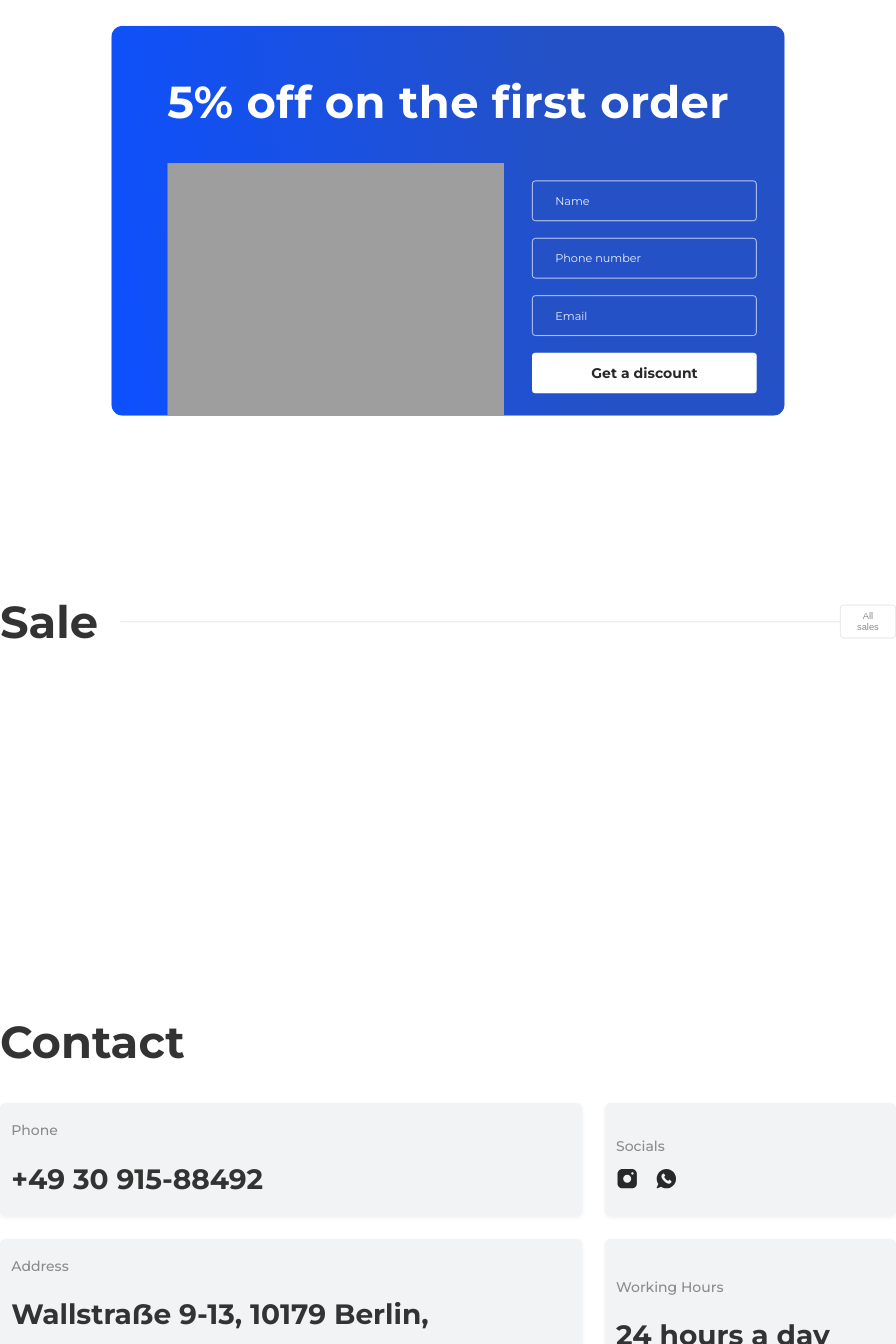
Repository: jursylian/PET-INTERNET-SHOP-PROJECT
Page: /
The author's editor kept a copy of each file at every save. The page is drawn from the files as they stood at one save, then again after the next save.
The browser window is 1280 px wide. The pictures show the part of the page from y = 1497 to 3417 px (the page is 3881 px tall before and 3873 px after), at 70% of full size.
Pictures or frames that could not be fetched are drawn as grey boxes. The page's requests for data from a server got no answer. The project was rebuilt for these pictures with package versions that can differ from the ones it lists, and the page was loaded fresh each time. No one was signed in, and anything a server would have sent is missing. Also part of the build but not shown: vite.config.js, src/pages/CategoriesAll/CategoriesAll.module.css, src/layouts/PageSection/PageSection.module.css, src/layouts/PageSection/PageSection.jsx, src/pages/CategoriesAll/CategoriesAll.jsx, src/redux/productsSelectors.js, src/components/ProductFilter/ProductFilter.module.css, src/components/ProductFilter/ProductFilter.jsx and 22 more.

Above is the page before, as saved 2025-11-06 18:22:26.

### index.html
<!DOCTYPE html>
<html lang="en">
  <head>
    <meta charset="UTF-8" />
    <link rel="icon" type="image/svg+xml" href="/vite.svg" />
    <link
      href="https://fonts.googleapis.com/css2?family=Montserrat:wght@400;500;700&display=swap"
      rel="stylesheet"
    />

    <meta name="viewport" content="width=device-width, initial-scale=1.0" />
    <title>pet-internet-shop-project</title>
  </head>
  <body>
    <div id="root"></div>
    <script type="module" src="/src/main.jsx"></script>
  </body>
</html>

### src/main.jsx
import React from "react";
import ReactDOM from "react-dom/client";
import App from "./App";
import { Provider } from "react-redux";
import store from "./redux/store";
import { BrowserRouter } from "react-router-dom";
import "./index.css";

ReactDOM.createRoot(document.getElementById("root")).render(
  <BrowserRouter>
    <Provider store={store}>
      <App />
    </Provider>
  </BrowserRouter>
);

### src/App.jsx
import "./App.css";
import AppRouter from "./router/AppRouter";

function App() {
  return (
    <>
      <AppRouter />
    </>
  );
}

export default App;

### src/index.css
* {
  margin: 0;
  padding: 0;
  box-sizing: border-box;
}

body {
  font-family: "Montserrat";
  font-size: 16px;
  line-height: 1.5;
  color: #333;
}

.text-decoration-none {
  text-decoration: none;
}

### src/router/AppRouter.jsx
import { Routes, Route } from "react-router-dom";
import MainLayout from "../layouts/MainLayout/MainLayout";

import Home from "../pages/Home/Home";
import CategoriesAll from "../pages/CategoriesAll/CategoriesAll";
import AllProducts from "../pages/AllProducts/AllProducts";
import ProductDescription from "../pages/ProductDescription/ProductDescription";
import Cart from "../pages/Cart/Cart";
import NotFound from "../pages/NotFound/NotFound";
import AllSales from "../pages/AllSales/AllSales";
import CategoryPage from "../pages/CategoryPage/CategoryPage";

function AppRouter() {
  return (
    <Routes>
      <Route element={<MainLayout />}>
        <Route path="/" element={<Home />} />
        <Route path="/categories" element={<CategoriesAll />} />
        <Route path="/categories/:categoryId" element={<CategoryPage />} />
        <Route path="/discounts" element={<AllSales />} />
        <Route path="/products" element={<AllProducts />} />
        <Route path="/product/:productId" element={<ProductDescription />} />
        <Route path="/cart" element={<Cart />} />
        <Route path="*" element={<NotFound />} />
      </Route>
    </Routes>
  );
}

export default AppRouter;

### src/layouts/MainLayout/MainLayout.jsx
import { Outlet } from "react-router-dom";
import Header from "../Header/Header";
import Footer from "../Footer/Footer";

export default function MainLayout() {
  return (
    <>
      <Header />
      <main className="container mx-auto p-4 min-h-[80vh]">
        <Outlet />
      </main>
      <Footer />
    </>
  );
}

### src/pages/Home/Home.jsx
import Categories from "../../components/Categories/Categories";
import PromoBanner from "../../components/PromoBanner/PromoBanner";
import DiscountForm from "../../components/DiscountForm/DiscountForm";
import Sales from "../../components/Sales/Sales";
import styles from "./Home.module.css";

function Home() {
  return (
    <main className={styles.wrapper}>
      <PromoBanner />
      <Categories />
      <DiscountForm />
      <Sales />
    </main>
  );
}

export default Home;

### src/layouts/Header/Header.jsx
import { Link, NavLink, useLocation } from "react-router-dom";
import { useSelector } from "react-redux";
import styles from "./Header.module.css";
import logo from "../../assets/logo.svg";
import cartIcon from "../../assets/cart-icon.svg";

function Header() {
  const items = useSelector((state) => state.cart.items);
  const totalQuantity = items.reduce((sum, item) => sum + item.quantity, 0);
  const location = useLocation();

  const currentPath = location.pathname;

  return (
    <header
      className={`${styles.header} ${
        currentPath !== "/" ? styles.withDivider : ""
      }`}
    >
      <div className={styles.left}>
        <Link to="/" className={styles.logo}>
          <img src={logo} alt="Логотип" />
        </Link>
      </div>

      <nav className={styles.nav}>
        {currentPath === "/" ? (
          <span className={styles.inactive}>Main Page</span>
        ) : (
          <NavLink to="/" end>
            Main Page
          </NavLink>
        )}

        {currentPath === "/categories" ? (
          <span className={styles.inactive}>Categories</span>
        ) : (
          <NavLink to="/categories">Categories</NavLink>
        )}

        {currentPath === "/products" ? (
          <span className={styles.inactive}>All Products</span>
        ) : (
          <NavLink to="/products">All Products</NavLink>
        )}

        {currentPath === "/discounts" ? (
          <span className={styles.inactive}>All Sales</span>
        ) : (
          <NavLink to="/discounts">All Sales</NavLink>
        )}
      </nav>

      <div className={styles.right}>
        <Link to="/cart" className={styles.cart}>
          <img src={cartIcon} alt="Корзина" />
          {totalQuantity > 0 && (
            <span className={styles.count}>{totalQuantity}</span>
          )}
        </Link>
      </div>
    </header>
  );
}

export default Header;

### src/layouts/Footer/Footer.jsx
import styles from "./Footer.module.css";
import chatIcon from "../../assets/ic-instagram.svg";
import phoneIcon from "../../assets/ic-whatsapp.svg";

export default function Footer() {
  return (
    <footer className={styles.footer}>
      <h3 className={styles.contact}>Contact</h3>
      <div className={styles.info}>
        <div className={styles.container}>
          <div className={styles.card}>
            <p className={styles.text}>Phone</p>
            <p className={styles.textInfo}>+49 30 915-88492</p>
          </div>
          <div className={styles.icons}>
            <p className={styles.text}>Socials</p>
            <div className={styles.socialsMedien}>
              <img src={chatIcon} alt="Chat" />
              <img src={phoneIcon} alt="Phone" />
            </div>
          </div>
        </div>

        <div className={styles.container}>
          <div className={styles.card}>
            <p className={styles.text}>Address</p>
            <p className={styles.textInfo}>
              Wallstraẞe 9-13, 10179 Berlin, Deutschland
            </p>
          </div>
          <div className={styles.icons}>
            <p className={styles.text}>Working Hours</p>
            <p className={styles.textInfo}>24 hours a day</p>
          </div>
        </div>
      </div>
      <div className={styles.map}>
        <iframe
          className={styles.iframe}
          src="https://www.google.com/maps/embed?pb=!1m18!1m12!1m3!1d3642.428115488763!2d13.40018838277564!3d52.5113162995337!2m3!1f0!2f0!3f0!3m2!1i1024!2i768!4f13.1!3m3!1m2!1s0x47a84e27db4748a5%3A0x1d538c01013c2c7!2sWallstra%C3%9Fe%209-13%2C%2010179%20Berlin!5e0!3m2!1suk!2sde!4v1760550313224!5m2!1suk!2sde"
          width="600"
          height="450"
          style={{ border: 0 }}
          allowFullScreen=""
          loading="lazy"
          referrerPolicy="no-referrer-when-downgrade"
        ></iframe>
      </div>
    </footer>
  );
}

### src/components/Categories/Categories.jsx
import { useNavigate } from "react-router-dom";
import { useEffect, useState } from "react";
import axios from "axios";
import styles from "./Categories.module.css";

const Categories = () => {
  const navigate = useNavigate();
  const [categories, setCategories] = useState([]);

  useEffect(() => {
    const fetchCategories = async () => {
      try {
        const res = await axios.get("http://localhost:3333/categories/all");
        setCategories(res.data.slice(0, 4));
      } catch (err) {
        console.error("Ошибка загрузки категорий:", err);
      }
    };

    fetchCategories();
  }, []);

  return (
    <section className={styles.categories}>
      <div className={styles.header}>
        <h2 className={styles.title}>Categories</h2>
        <div className={styles.line}></div>
        <button
          onClick={() => navigate("/categories")}
          className={styles.showAllBtn}
        >
          All categories
        </button>
      </div>

      <div className={styles.cards}>
        {categories.map(({ id, title, image }) => (
          <div
            key={id}
            className={styles.card}
            onClick={() => navigate(`/categories/${id}`)}
          >
            <img
              src={`http://localhost:3333${image}`}
              alt={title}
              className={styles.image}
            />
            <p className={styles.label}>{title}</p>
          </div>
        ))}
      </div>
    </section>
  );
};

export default Categories;

### src/components/PromoBanner/PromoBanner.jsx
import { Link } from "react-router-dom";
import styles from "./PromoBanner.module.css";
import bannerImage from "../../assets/background.png";

function PromoBanner() {
  return (
    <section className={styles.hero}>
      <img src={bannerImage} alt="Баннер" className={styles.image} />

      <div className={styles.content}>
        <h1>
          Amazing Discounts <br />
          on Pets Products!
        </h1>

        <Link to="/discounts" className={styles.button}>
          Check out
        </Link>
      </div>
    </section>
  );
}

export default PromoBanner;

### src/pages/Home/Home.module.css
/* Home.module.css */
.wrapper {
  display: flex;
  flex-direction: column;
  gap: 80px;
  padding: 40px 0;
}

.section {
  display: flex;
  flex-direction: column;
  gap: 24px;
}

.title {
  font-size: 28px;
  font-weight: 600;
}

.grid {
  display: grid;
  grid-template-columns: repeat(auto-fill, minmax(220px, 1fr));
  gap: 24px;
}

.message {
  font-size: 16px;
  color: #555;
}

### src/layouts/Header/Header.module.css
.header {
  display: flex;
  align-items: center;
  justify-content: space-between;
  padding: 40px 80px;
  height: 128px;
  width: 100%;
  position: relative;
  background-color: #fff;
  z-index: 10;
}

.withDivider {
  border-bottom: 1px solid #e5e5e5;
}

.left,
.right {
  flex: 1;
  display: flex;
  align-items: center;
}

.left {
  justify-content: flex-start;
}

.right {
  justify-content: flex-end;
}

.logo img {
  height: 70px;
  display: block;
  transition: transform 0.3s ease;
}

.logo img:hover {
  transform: scale(1.2);
}

.nav {
  flex: 2;
  display: flex;
  justify-content: center;
  align-items: center;
  gap: 44px;
}

.nav a {
  text-decoration: none;
  color: #282828;
  font-weight: 500;
  font-size: 20px;
  transition: color 0.2s ease;
}

.nav a:hover {
  color: #007bff;
}

.active {
  color: #007bff;
  font-weight: 600;
}

.inactive {
  color: #8b8b8b;
  font-weight: 500;
  font-size: 20px;
  cursor: default;
  text-decoration: none;
  pointer-events: none;
}

.inactive:hover {
  color: #8b8b8b;
}

.cart {
  position: relative;
  display: flex;
  align-items: center;
}

.cart img {
  height: 44px;
}

.count {
  position: absolute;
  top: 0;
  left: -6px;
  background-color: #007bff;
  color: white;
  border-radius: 50%;
  font-size: 12px;
  font-weight: bold;
  width: 22px;
  height: 22px;
  display: flex;
  align-items: center;
  justify-content: center;
}

### src/components/Categories/Categories.module.css
.categories {
  height: auto;
  min-height: 560px;
  border-radius: 10px;
  width: 100%;
  max-width: 1360px;
  margin: 0 auto;
  padding-bottom: 10px;
  margin-top: 106px;
}

.header {
  display: flex;
  align-items: center;
  margin-bottom: 40px;
  gap: 0; /* чтобы элементы были вплотную */
}

.title {
  font-family: Montserrat;
  font-weight: 700;
  font-size: 64px;
  margin-right: 32px;
  white-space: nowrap;
}

.line {
  flex: 1;
  height: 1px;
  background-color: #dddddd;
  margin-right: -1px; /* чтобы линия прямо “врезалась” в кнопку */
}

.showAllBtn {
  border: 1px solid #dddddd;
  border-radius: 5px;
  background-color: white;
  padding: 8px 16px;
  color: #8b8b8b;
  cursor: pointer;
  transition: all 0.3s ease;
  margin-left: 0; /* убираем отступ между линией и кнопкой */
}

.showAllBtn:hover {
  background-color: #7e7b7b;
  color: white;
  transform: translateY(-2px);
  box-shadow: 0 4px 8px rgba(0, 0, 0, 0.1);
}

.showAllBtn:active {
  background-color: #0d50ff;
  transform: scale(0.98);
  box-shadow: inset 0 2px 4px rgba(0, 0, 0, 0.2);
}

.cards {
  display: flex;
  flex-wrap: wrap;
  gap: 32px;
  justify-content: center;
}

.card {
  position: relative;
  text-align: center;
  cursor: pointer;
}

.image {
  width: 316px;
  height: 350px;
  object-fit: cover;
  border-radius: 12px;
  transition: transform 0.3s ease, box-shadow 0.3s ease;
}

.image:hover {
  transform: translateY(-6px) scale(1.1);
  box-shadow: 0 8px 16px rgba(0, 0, 0, 0.1);
}

.label {
  font-weight: 500;
  font-size: 20px;
  color: #282828;
  margin-top: 16px;
  line-height: 130%;
}

@media (max-width: 768px) {
  .header {
    flex-direction: column;
    align-items: center;
    gap: 16px;
  }

  .title {
    font-size: 36px;
    margin-right: 0;
  }

  .line {
    width: 100%;
    margin-right: 0;
  }

  .showAllBtn {
    font-size: 14px;
    padding: 6px 10px;
  }

  .cards {
    flex-direction: column;
    align-items: center;
    gap: 20px;
  }
}

### src/components/PromoBanner/PromoBanner.module.css
.hero {
  position: relative;
  width: 100%;
  height: 520px;
  overflow: hidden;
  margin-top: -40px;
}

.image {
  position: absolute;
  top: 0;
  left: 0;
  width: 100%;
  height: 100%;
  object-fit: cover;
  z-index: 1;
}

.content {
  position: relative;
  z-index: 2;
  color: #fff;
  text-align: left;
  padding-left: 80px;
  transform: translateY(50px);
}

.content h1 {
  font-size: 96px;
  font-weight: 700;
  margin-bottom: 40px;
  line-height: 1.1;
}

.button {
  display: inline-block;
  background: #0d50ff;
  color: #fff;
  font-weight: 600;
  font-size: 20px;
  border: none;
  border-radius: 8px;
  cursor: pointer;
  transition: background-color 0.2s ease, transform 0.2s ease;
  padding: 16px 36px;
  text-decoration: none;
  box-sizing: border-box;
}

.button:hover {
  background-color: #0036cc;
  transform: translateY(-3px);
  box-shadow: 0px 12px 20px rgba(13, 80, 255, 0.4);
}

### src/ui/Input/Input.jsx
import styles from "./Input.module.css";

const Input = ({
  type = "text",
  name,
  placeholder,
  value,
  onChange,
  error,
}) => {
  return (
    <div className={styles.field}>
      <input
        type={type}
        name={name}
        placeholder={placeholder}
        value={value}
        onChange={onChange}
        className={`${styles.input} ${error ? styles.errorBorder : ""}`}
      />
      {error && <p className={styles.error}>{error}</p>}
    </div>
  );
};

export default Input;

### src/ui/Button/Button.jsx
import { useState } from "react";
import styles from "./Button.module.css";

const Button = ({ children, onClick, type = "button", disabled = false }) => {
  const [submitted, setSubmitted] = useState(false);

  const handleClick = async (e) => {
    if (onClick) {
      const result = await onClick(e);

      if (result === true) {
        setSubmitted(true);
        setTimeout(() => setSubmitted(false), 3000);
      }
    }
  };

  return (
    <button
      type={type}
      onClick={handleClick}
      className={`${styles.button} ${submitted ? styles.submitted : ""}`}
      disabled={disabled || submitted}
    >
      {submitted ? "Request submitted" : children}
    </button>
  );
};

export default Button;

### src/components/DiscountForm/DiscountForm.module.css
.wrapper {
  max-width: 1395px;
  margin: 60px auto;
  border-radius: 16px;
  overflow: hidden;
}

.discountSection {
  position: relative;
  background: linear-gradient(261.47deg, #2451c6 32.63%, #0d50ff 98.96%);
  border-radius: 16px;
  padding: 60px 80px 0;
  display: flex;
  flex-direction: column;
  justify-content: space-between;
  min-height: 485px;
  overflow: hidden;
}

.title {
  color: #ffffff;
  font-weight: 800;
  font-size: 64px;
  text-align: center;
  margin-bottom: 40px;
  letter-spacing: 0.5px;
}

.content {
  display: flex;
  justify-content: space-between;
  align-items: flex-end;
  position: relative;
  gap: 40px;
}

.imageWrap {
  flex: 0 0 60%;
  display: flex;
  align-items: flex-end;
  justify-content: flex-start;
}

.animals {
  width: 100%;
  height: auto;
  object-fit: contain;
  transform: translateY(o);
}

.form {
  flex: 0 0 40%;
  display: flex;
  flex-direction: column;
  gap: 24px;
  align-items: stretch;
  justify-content: flex-end;
  padding-bottom: 32px;
}

@media (max-width: 1024px) {
  .discountSection {
    padding: 40px 24px;
  }

  .title {
    font-size: 42px;
    margin-bottom: 24px;
  }

  .content {
    flex-direction: column;
    align-items: center;
    gap: 32px;
  }

  .form {
    width: 100%;
    max-width: 380px;
    padding-bottom: 20px;
  }

  .imageWrap {
    justify-content: center;
  }

  .animals {
    width: 90%;
    transform: translateY(10px);
  }
}

@media (max-width: 600px) {
  .title {
    font-size: 32px;
  }

  .form {
    gap: 16px;
  }
}

### src/ui/Input/Input.module.css
.field {
  width: 100%;
  display: flex;
  flex-direction: column;
}

.input {
  padding: 16px 32px;
  width: 100%;
  height: 58px;
  border-radius: 5px;
  border: 1px solid #ffffff;
  background-color: #2451c6;
  color: #ffffff;
  font-size: 18px;
  font-family: Montserrat;
}

.input::placeholder {
  color: white;
  opacity: 0.9;
  font-size: 16px;
}

.error {
  font-size: 14px;
  color: #ffcccc;
  margin-top: 4px;
}

.errorBorder {
  border-color: #ff5555;
}

### src/ui/Button/Button.module.css
.button {
  padding: 16px 32px;
  width: 100%;
  height: 58px;
  font-family: Montserrat, sans-serif;
  font-weight: 600;
  font-size: 20px;
  border: none;
  border-radius: 5px;
  cursor: pointer;
  background-color: #fff;
  color: #282828;
  transition: all 0.3s ease;
}

/* при наведении */
.button:hover {
  background-color: #282828;
  color: #fff;
}

/* активное состояние (после отправки) */
.button.submitted {
  background-color: #fff;
  color: #0d50ff;
  border: 2px solid #0d50ff;
  cursor: default;
  transition: all 0.3s ease;
}

/* убираем hover для состояния submitted */
.button.submitted:hover {
  background-color: #fff;
  color: #0d50ff;
}

Loaded but not shown: src/redux/productSlice.js (51 lines, source omitted); src/redux/cartSlice.js (38 lines, source omitted); src/redux/store.js (12 lines, source omitted); src/components/DiscountForm/DiscountForm.jsx (91 lines, source omitted); src/components/Sales/Sales.jsx (89 lines, source omitted); src/components/Sales/Sales.module.css (156 lines, source omitted); src/layouts/Footer/Footer.module.css (155 lines, source omitted); src/App.css (no stored copy; drawn as an empty file)

After the next save:
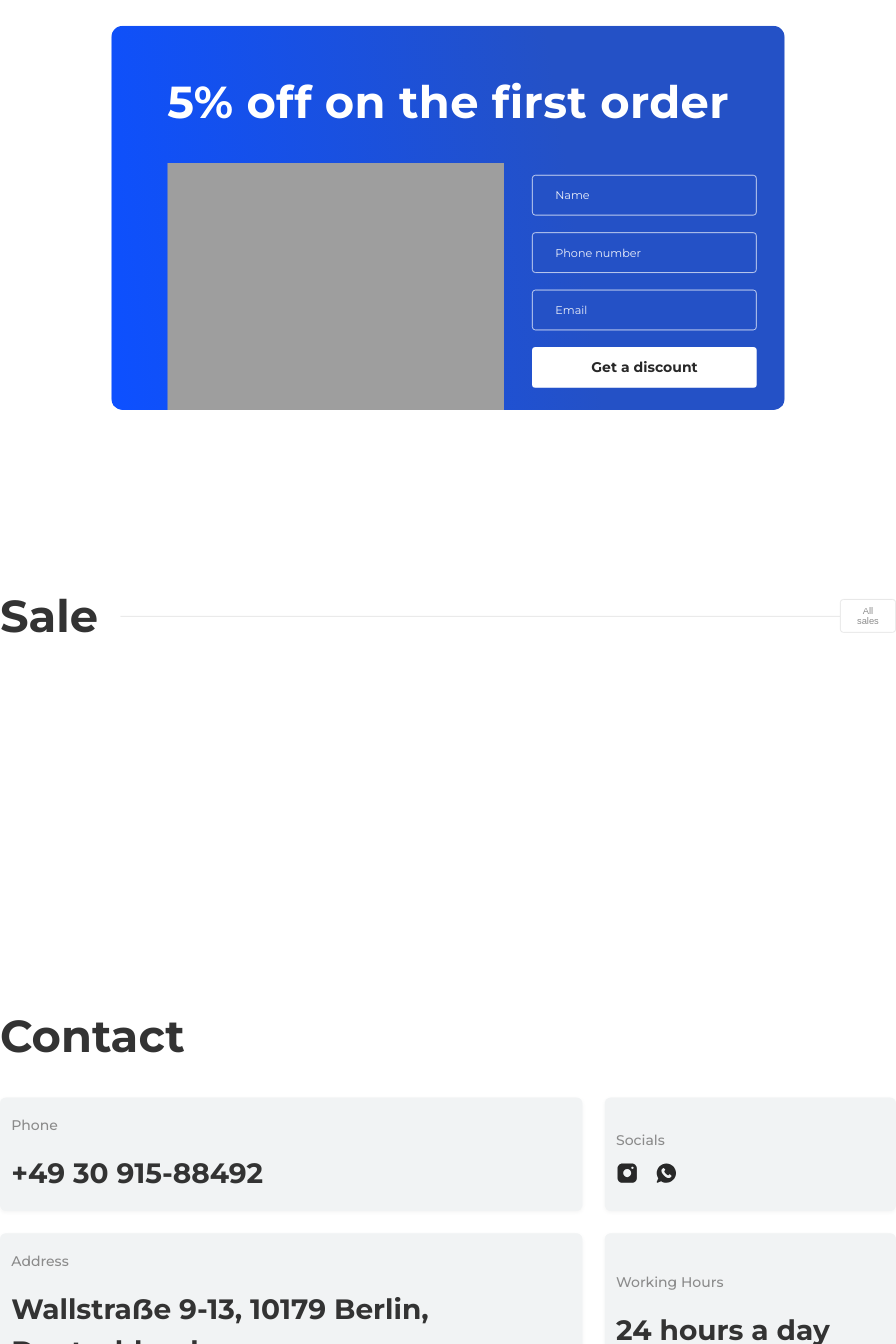
Saved 109 s later.
--- a/src/components/DiscountForm/DiscountForm.module.css
+++ b/src/components/DiscountForm/DiscountForm.module.css
@@ -45,7 +45,7 @@
   width: 100%;
   height: auto;
   object-fit: contain;
-  transform: translateY(o);
+  margin-bottom: -8px;
 }
 
 .form {

After the save that followed:
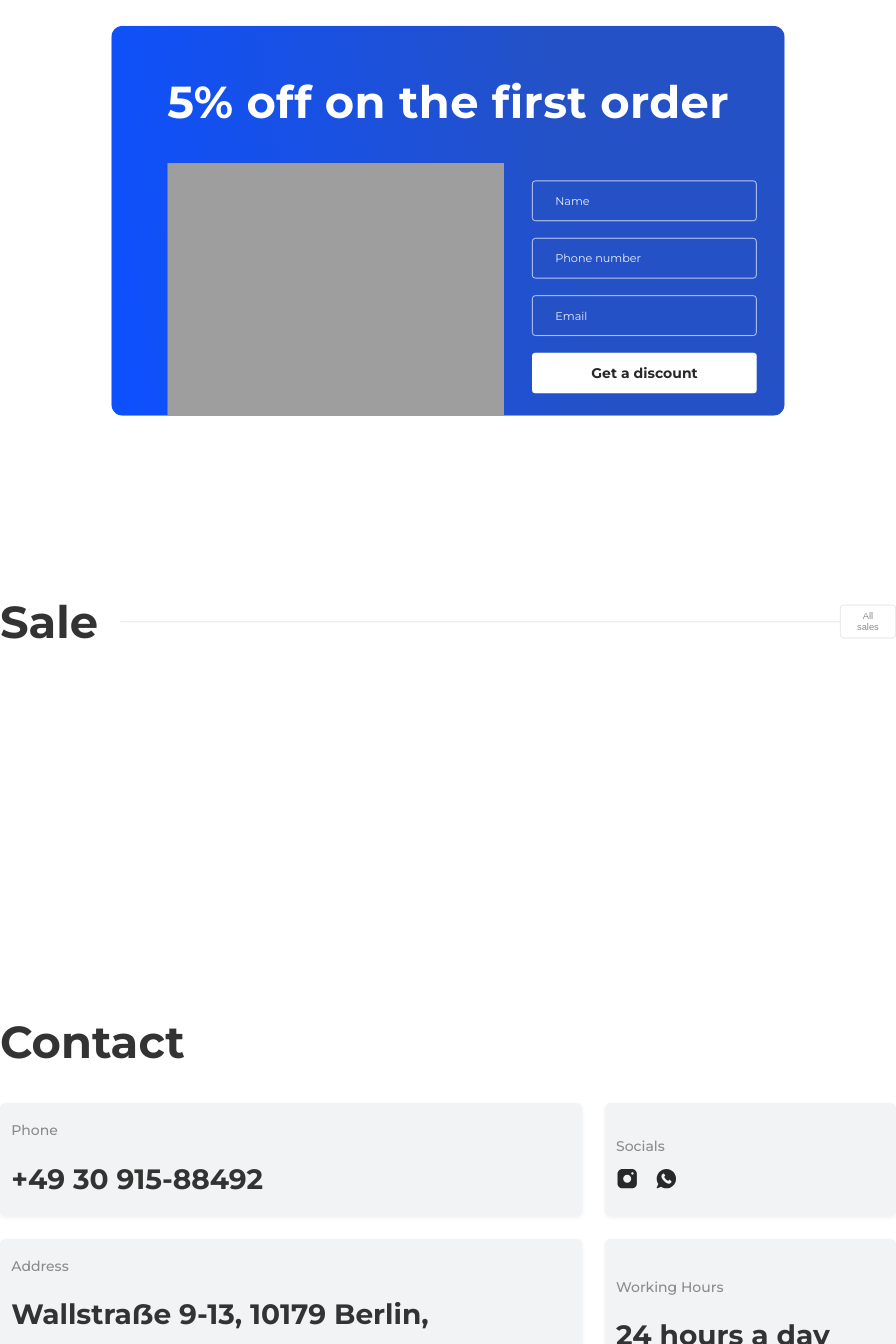
Saved 10 s later.
--- a/src/components/DiscountForm/DiscountForm.module.css
+++ b/src/components/DiscountForm/DiscountForm.module.css
@@ -45,7 +45,7 @@
   width: 100%;
   height: auto;
   object-fit: contain;
-  margin-bottom: -8px;
+  margin-bottom: 0;
 }
 
 .form {
